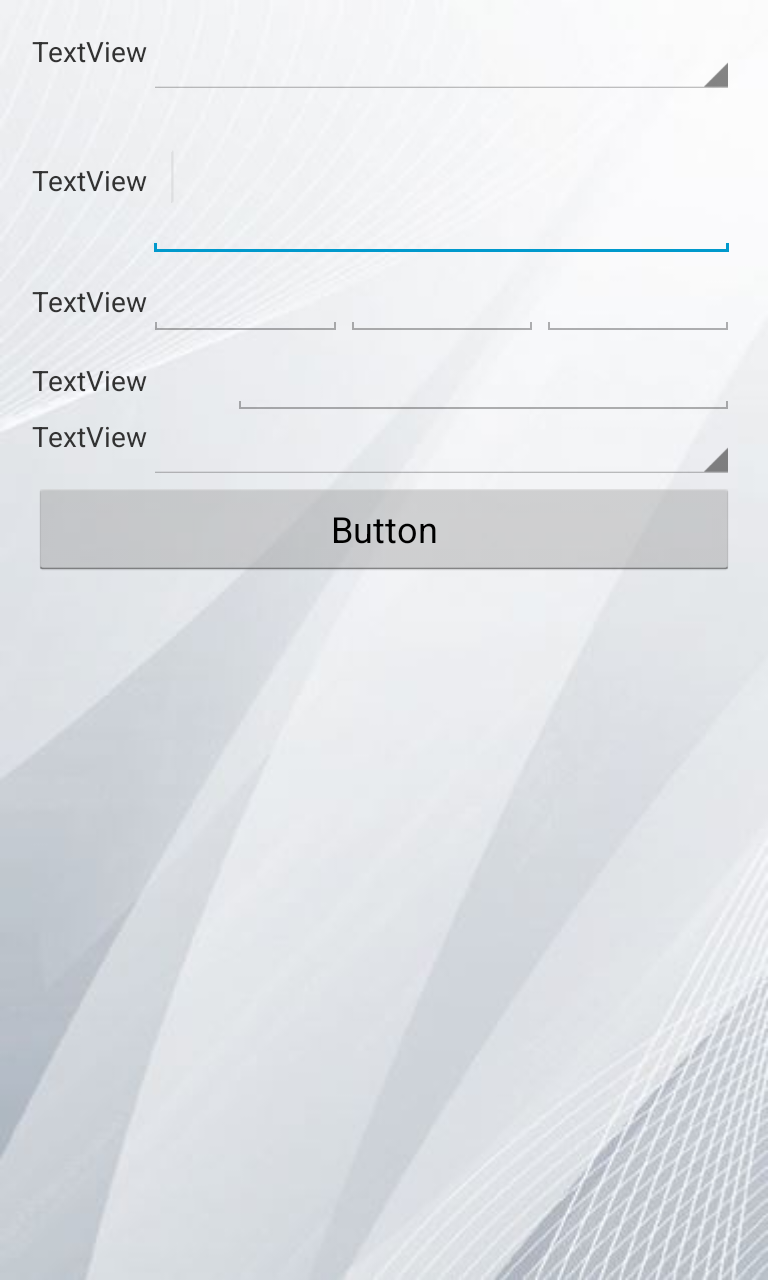
Repository: eorodrig/eorodrigTravelLogger
Layout: TravelLogger/res/layout/activity_new_expense.xml
The author's editor kept a copy of each file at every save. The layout is drawn from the files as they stood at one save, then again after the next save.
It is drawn on a 768 x 1280 px phone screen (xhdpi) without system bars, with theme AppTheme; the app's code is not run.

Above is the layout before, as saved 2015-01-19 04:57:08.

### TravelLogger/res/layout/activity_new_expense.xml
<RelativeLayout xmlns:android="http://schemas.android.com/apk/res/android"
    xmlns:tools="http://schemas.android.com/tools"
    android:layout_width="match_parent"
    android:layout_height="match_parent"
    android:paddingBottom="@dimen/activity_vertical_margin"
    android:paddingLeft="@dimen/activity_horizontal_margin"
    android:paddingRight="@dimen/activity_horizontal_margin"
    android:paddingTop="@dimen/activity_vertical_margin"
    android:background="@drawable/bg"
    tools:context="com.example.travellogger.NewExpenseActivity" >

    <LinearLayout
        android:layout_width="match_parent"
        android:layout_height="wrap_content"
        android:orientation="vertical" >

        <LinearLayout
            android:layout_width="match_parent"
            android:layout_height="wrap_content" >

            <TextView
                android:id="@+id/textView1"
                android:layout_width="wrap_content"
                android:layout_height="wrap_content"
                android:text="TextView" />

            <Spinner
                android:id="@+id/spinner1"
                android:layout_width="wrap_content"
                android:layout_height="wrap_content"
                android:layout_weight="1" />

        </LinearLayout>

        <LinearLayout
            android:layout_width="match_parent"
            android:layout_height="wrap_content" >

            <TextView
                android:id="@+id/textView2"
                android:layout_width="wrap_content"
                android:layout_height="wrap_content"
                android:text="TextView" />

            <EditText
                android:id="@+id/editText1"
                android:layout_width="wrap_content"
                android:layout_height="wrap_content"
                android:layout_weight="1"
                android:ems="10"
                android:inputType="textMultiLine"
                android:lines="3" >

                <requestFocus />
            </EditText>

        </LinearLayout>

        <LinearLayout
            android:layout_width="match_parent"
            android:layout_height="wrap_content" >

            <TextView
                android:id="@+id/textView3"
                android:layout_width="wrap_content"
                android:layout_height="wrap_content"
                android:text="TextView" />

            <EditText
                android:id="@+id/editText2"
                android:layout_width="wrap_content"
                android:layout_height="wrap_content"
                android:layout_weight="1"
                android:ems="10"
                android:inputType="number" />

            <EditText
                android:id="@+id/editText3"
                android:layout_width="wrap_content"
                android:layout_height="wrap_content"
                android:layout_weight="1"
                android:ems="10"
                android:inputType="number" />

            <EditText
                android:id="@+id/editText4"
                android:layout_width="wrap_content"
                android:layout_height="wrap_content"
                android:layout_weight="1"
                android:ems="10"
                android:inputType="number" />

        </LinearLayout>

        <LinearLayout
            android:layout_width="match_parent"
            android:layout_height="wrap_content" >

            <TextView
                android:id="@+id/textView4"
                android:layout_width="wrap_content"
                android:layout_height="wrap_content"
                android:layout_weight="1"
                android:text="TextView" />

            <EditText
                android:id="@+id/editText5"
                android:layout_width="wrap_content"
                android:layout_height="wrap_content"
                android:layout_weight="1"
                android:ems="10"
                android:inputType="numberDecimal" />

        </LinearLayout>

        <LinearLayout
            android:layout_width="match_parent"
            android:layout_height="wrap_content" >

            <TextView
                android:id="@+id/textView5"
                android:layout_width="wrap_content"
                android:layout_height="wrap_content"
                android:text="TextView" />

            <Spinner
                android:id="@+id/spinner2"
                android:layout_width="wrap_content"
                android:layout_height="wrap_content"
                android:layout_weight="1" />

        </LinearLayout>

        <LinearLayout
            android:layout_width="match_parent"
            android:layout_height="wrap_content" >

            <Button
                android:id="@+id/button1"
                android:layout_width="match_parent"
                android:layout_height="wrap_content"
                android:text="Button" />

        </LinearLayout>

    </LinearLayout>

</RelativeLayout>

Loaded but not shown: TravelLogger/res/values/styles.xml (common file); TravelLogger/res/values-v11/styles.xml (common file); TravelLogger/res/values-v14/styles.xml (common file); TravelLogger/res/values/dimens.xml (common file); TravelLogger/res/values-w820dp/dimens.xml (common file)

After the next save:
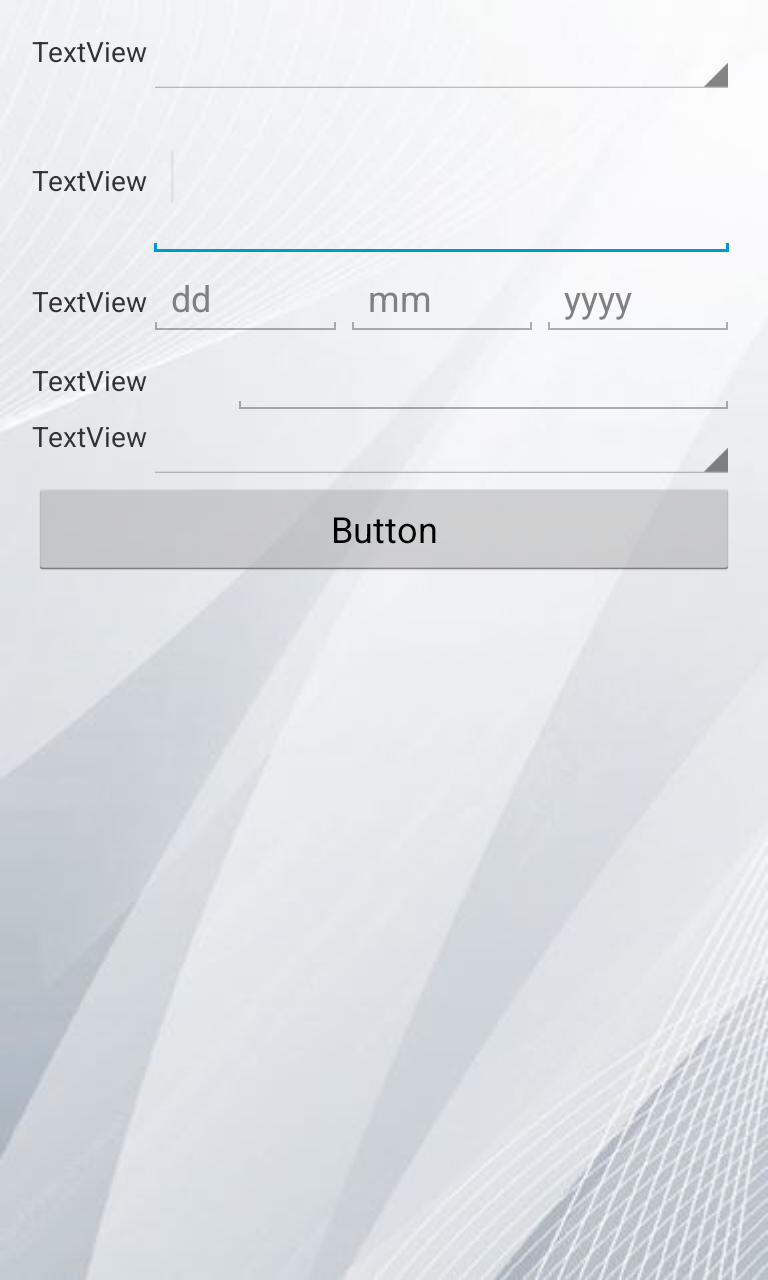
Saved 22 s later.
--- a/TravelLogger/res/layout/activity_new_expense.xml
+++ b/TravelLogger/res/layout/activity_new_expense.xml
@@ -72,6 +72,7 @@
                 android:layout_height="wrap_content"
                 android:layout_weight="1"
                 android:ems="10"
+                android:hint="dd"
                 android:inputType="number" />
 
             <EditText
@@ -80,6 +81,7 @@
                 android:layout_height="wrap_content"
                 android:layout_weight="1"
                 android:ems="10"
+                android:hint="mm"
                 android:inputType="number" />
 
             <EditText
@@ -88,6 +90,7 @@
                 android:layout_height="wrap_content"
                 android:layout_weight="1"
                 android:ems="10"
+                android:hint="yyyy"
                 android:inputType="number" />
 
         </LinearLayout>
